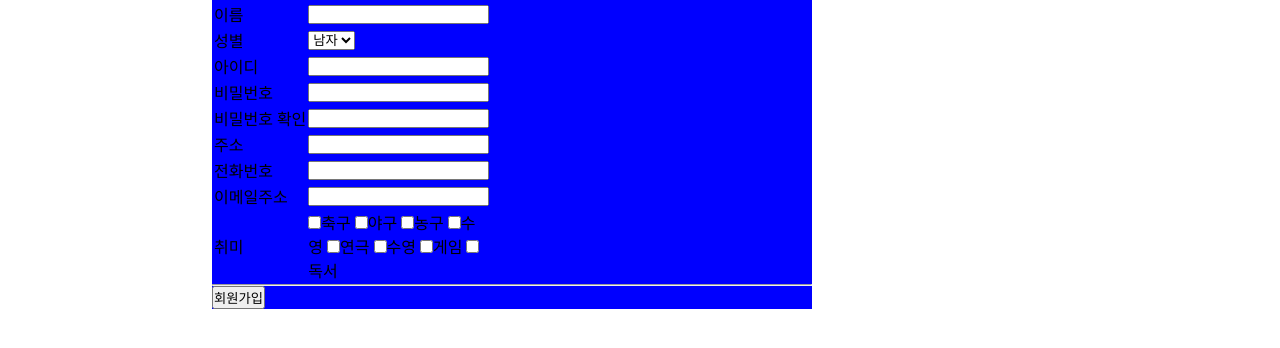
Repository: zero1128/20201113
Page: chap04/WebContent/join.html
These files come from the project's save history. The page is drawn as it stood at one moment and after the next save; the edit follows.
The browser window is 1280 px wide. The pictures show the whole page.

Above is the page before, as saved 2020-11-05 00:46:30.

After the next save:
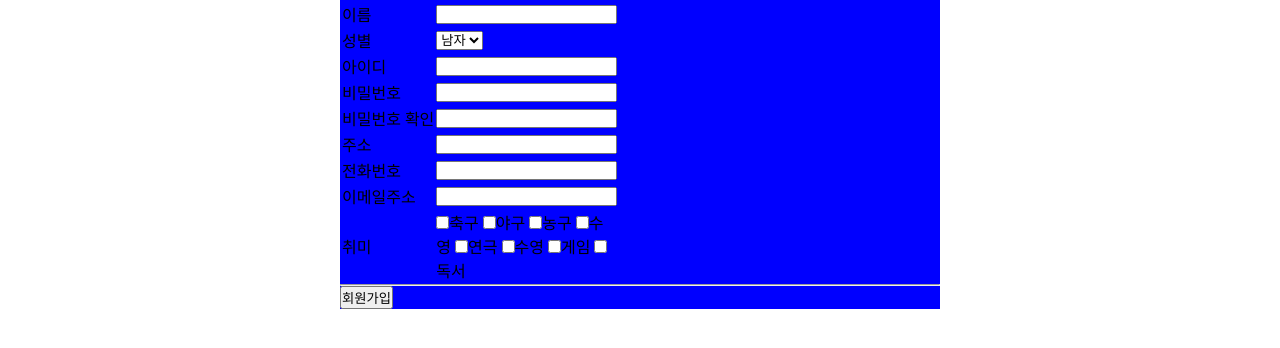
Saved 3 min 25 s later.
--- a/chap04/WebContent/join.html
+++ b/chap04/WebContent/join.html
@@ -9,7 +9,6 @@
 		padding: 0;
 	}
 	body{
-		width:1024px;
 	}
 	div{
 		width:600px;
